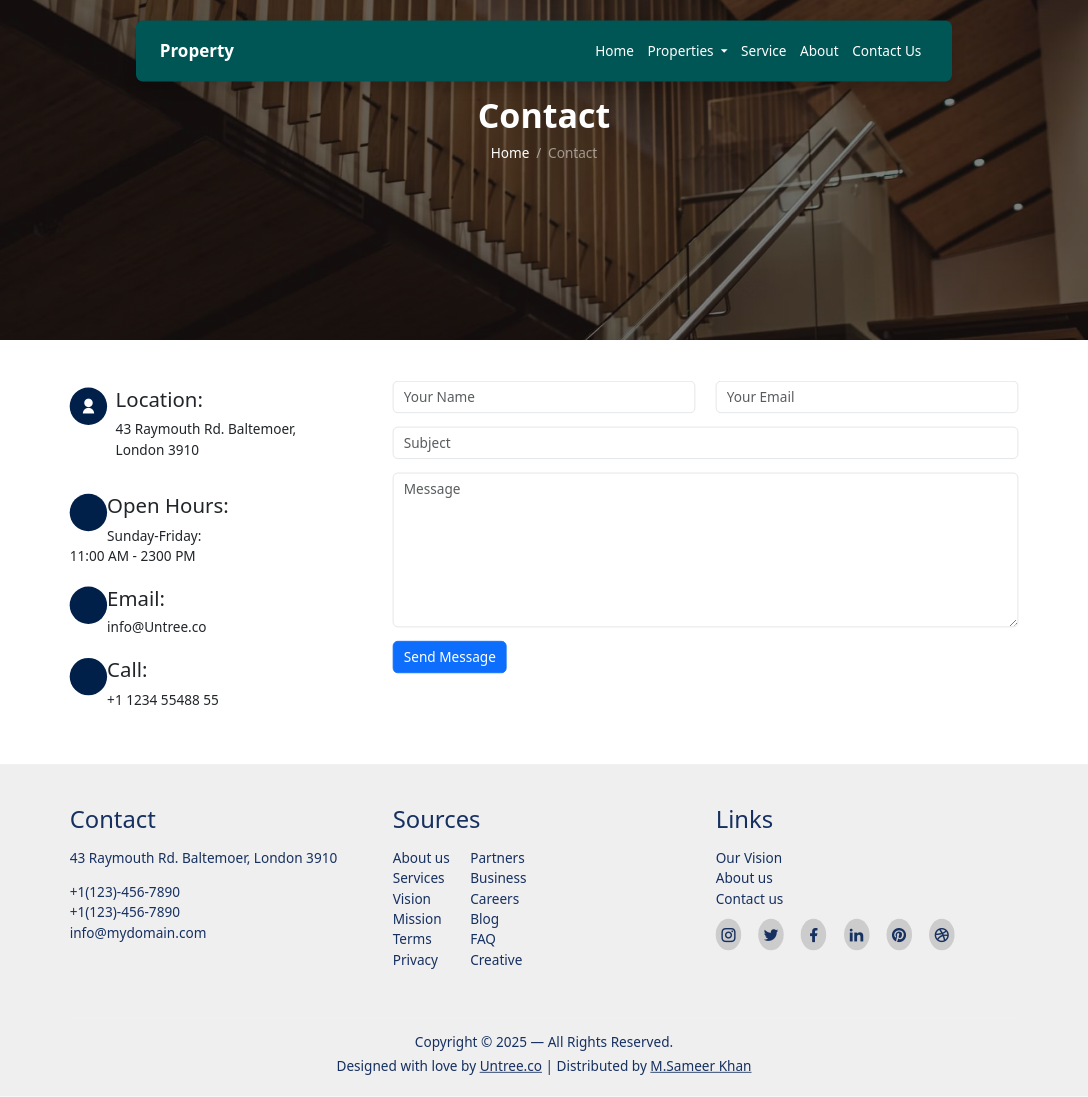
Repository: sameerrrrkhan911-git/Property
Page: contact.html
An editor plug-in stored every save of this project. The page is shown before and after the next save, followed by the edit.
The browser window is 1280 px wide. The pictures show the whole page, at 85% of full size.
Some icons come from a web library that is not loaded, so they are not drawn. Some web libraries are served in a nearby version.

Above is the page before, as saved 2025-09-28 21:34:05.
Console error: TypeError: Cannot read properties of undefined (reading 'length')

After the next save:
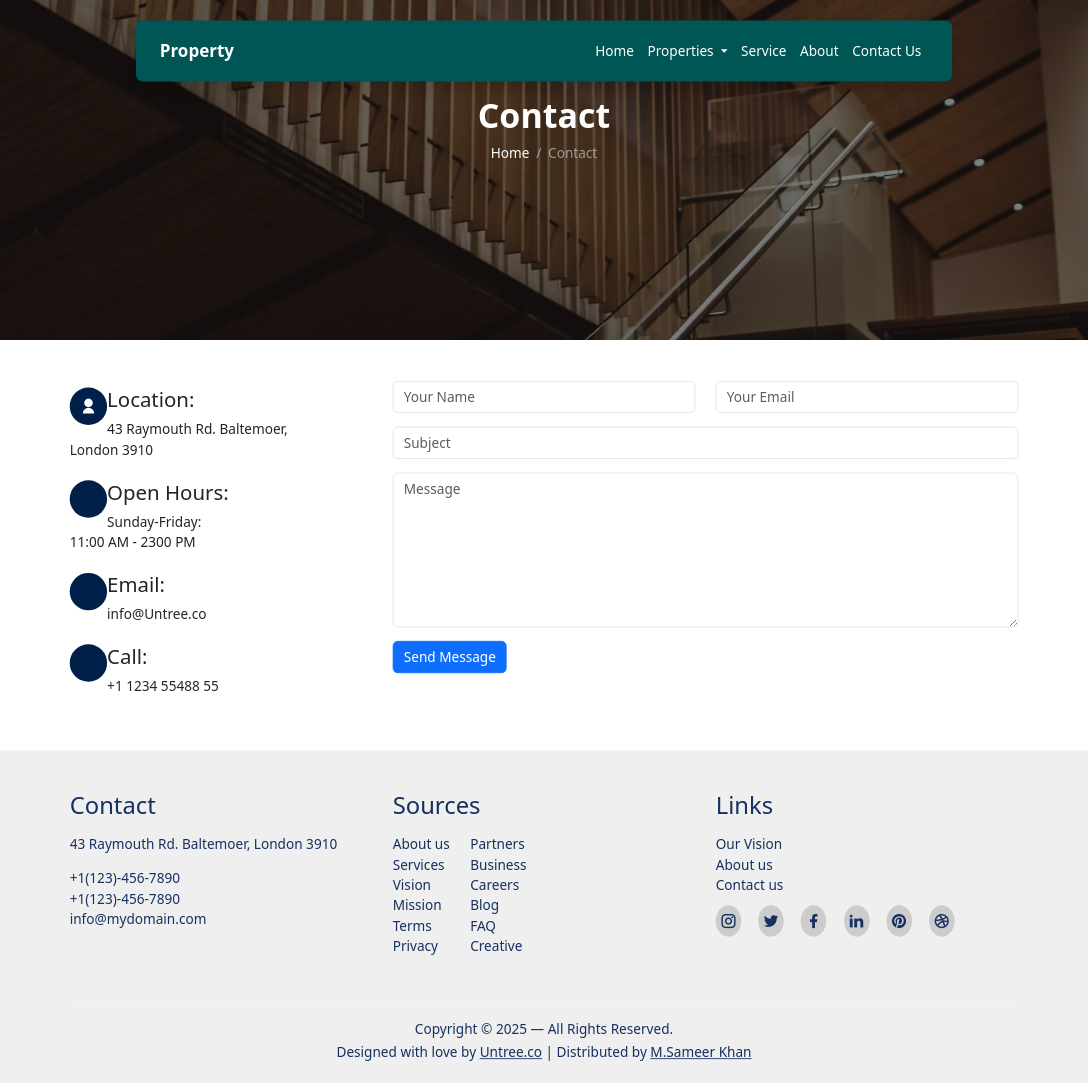
Saved 12 s later.
--- a/contact.html
+++ b/contact.html
@@ -101,9 +101,8 @@
           <div class="col-lg-4 mb-5 mb-lg-0 aos-init aos-animate" data-aos="fade-up" data-aos-delay="100">
             <div class="contact-info">
               <div class="address mt-2">
-<div class="d-flex">
-    <div>
-    <i class="ri-user-fill green-" style="border-radius: 50%; padding: 17px; margin-right: 10px;"></i>
+<div>
+    <i class="ri-user-fill"></i>
 </div>
                 <div>
                     <h4 class="mb-2">Location:</h4>
@@ -112,7 +111,6 @@
                   London 3910
                 </p>
                 </div>
-</div>
               </div>
 
               <div class="open-hours mt-4">
